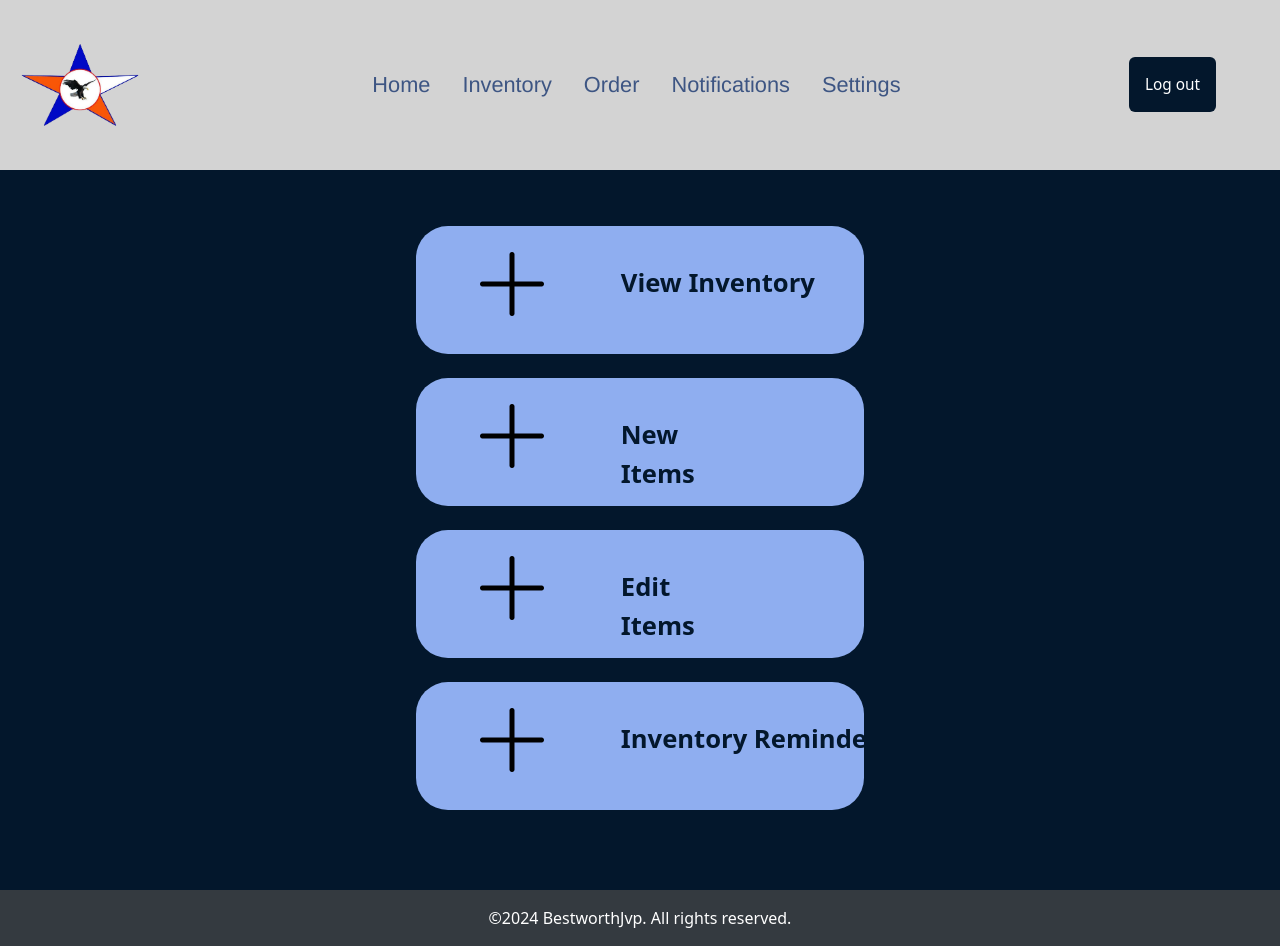
Repository: OVictor21/inventory
Page: /Monitor
The author's editor kept a copy of each file at every save. The page is drawn from the files as they stood at one save, then again after a run of saves.
The browser window is 1280 px wide. The pictures show the whole page.
The project was rebuilt for these pictures with package versions that can differ from the ones it lists, and the page was loaded fresh each time. Also part of the build but not shown: src/components/login.jsx, src/components/signup.jsx, src/components/reset1.jsx, src/components/reset2.jsx, src/pages/Admin.jsx, src/pages/setting.jsx, src/pages/editprofile.jsx, src/pages/inventory.jsx.

Above is the page before, as saved 2024-12-16 23:03:42.

### src/index.css

.logo {
  background-size: cover;
  background-repeat: no-repeat;
  background-position: center;
  height: auto;
  width:9rem ;
}

.sign-in{
  width: 40vw;
  height: 65vw;
  left: 45vw;
  top: -10vw;
  overflow: hidden;
}

.login {
  display: flex;
  flex-direction: column;
  min-height: 100vh;
  overflow: hidden;

}

.nav-body {
  flex-grow: 1;
  background-color: #D3D3D3;
  width: 35vw;
  height: 65vw;
}

.text{
  top: 5vw;
  left: 6vw;
  background: linear-gradient(180deg, rgb(51, 85, 136) 13.5%, rgb(206, 208, 214) 100%);
  -webkit-background-clip: text !important;
  background-clip: text;
  -webkit-text-fill-color: transparent;
  text-fill-color: transparent;
  font-family: "Montserrat-Bold", Helvetica;
  font-weight: 700;
  color: transparent;
  font-size: 4vw;
  letter-spacing: 0;
  line-height: normal;
}



.text-wrapper-8 {
  background: linear-gradient(180deg, rgb(51, 85, 136) 13.5%, rgb(206, 208, 214) 100%);
  -webkit-background-clip: text !important;
  background-clip: text;
  -webkit-text-fill-color: transparent;
  text-fill-color: transparent;
  font-family: "Montserrat-Bold", Helvetica;
  font-weight: 600;
  color: transparent;
  font-size: 2vw;
  letter-spacing: 0;
  line-height: normal;
  top: 13vw;
  left: 6vw;
}

.email-text{
  font-size: 1.2vw;

}

.email{
  top: 17vw;
  left: 6vw;
}

.email-in{
  top: 23vw;
  left: 6vw;
  width: 80%;
  max-width: 80%;
  height: 5%;
}

.pass{
  top: 27vw;
  left: 6vw;
}

.pass-in{
  top: 33vw;
  left: 6vw;
  width: 80%;
  max-width: 80%;
  height: 5%;

}

.text-wrapper-7{
  font-family: "Montserrat-Regular", Helvetica;
  font-weight: 400;
  color: #00000061;
  font-size: 1.3vw;
  letter-spacing: 0;
  line-height: normal;
  top: 30vw;
  text-decoration: none;
  right: 2vw;
}



.sign-btn{
  background: linear-gradient(180deg, rgb(51, 85, 136) 93.5%, rgb(206, 208, 214) 97%);
  font-family: "Montserrat-Bold", Helvetica;
  font-weight: 700;
  font-size: 1.5rem;
  letter-spacing: 0;
  line-height: normal;
  width: 80%;
  height: 3rem;
  top: 42vw;
  left: 6vw;
  /* box-shadow: 0px 22px 75px #00000040; */
}


.acct{
  font-family: "Montserrat-Regular", Helvetica;
  font-weight: 700;
  color: #000000;
  font-size: 1.5vw;
  letter-spacing: 0;
  line-height: normal;
  top: 52vw;
  left: 6vw;
}

.acct-1{
  font-family: "Montserrat-Bold", Helvetica;
  font-weight: 700;
  color: rgb(51, 85, 136);
  font-size: 1.5vw;
  text-decoration: none;
  letter-spacing: 0;
  line-height: normal;
  top: 52vw;
  right: 3vw;
}



.pass-text{
font-size: 1.2vw;
}
.footer-body {
  background-color: #343a40; /* Example background color */
  text-align: center;
  padding: 1rem 0;
  margin-top: auto; /* Pushes the footer to the bottom */
}



.side{
  background-color: #D3D3D3;
}
.footers{
  top: 99vh;
  right: 0vw;
  background-color: #343a40;
}

.signuptext{
  top: 5vw;
  left: 6vw;
  background: linear-gradient(180deg, rgb(51, 85, 136) 13.5%, rgb(206, 208, 214) 100%);
  -webkit-background-clip: text !important;
  background-clip: text;
  -webkit-text-fill-color: transparent;
  text-fill-color: transparent;
  font-family: "Montserrat-Bold", Helvetica;
  font-weight: 700;
  color: transparent;
  font-size: 3vw;
  letter-spacing: 0;
  line-height: normal;
}

.nav{
  background-color: #D3D3D3;
}

.logo{
  width: 10vw;
  height: 7vw;
}

nav {
  background-color: #D3D3D3;

}


.navbar-brand img {
  max-width: 10vw;
  min-width: 5vw;
}

.navv{
  color: white;
}

.nav-text-current {
  font-family: "Montserrat", Helvetica;
  font-weight: 700;
  color: #ffffff;
  font-size: 1.5vw;
}

.nav-text {
  font-family: "Montserrat", Helvetica;
  font-weight: 700;
  color: #ffffff;
  font-size: 2.5vw;

}

.nav-link.nav-text {
  font-family: "Montserrat", Helvetica;
  font-weight: 400;
  color: #3d5583 !important;
  font-size: 1.7vw;
}

.navbar-nav .nav-link.nav-text:hover {
  color: rgb(143, 174, 240) !important;
}

.logout{
  background-color: #03172c !important;
}

.logout:hover {
  color: rgb(143, 174, 240) !important;
}

.nav-link.nav-text-2{
  color: white;
  font-size: 1.2vw;
}

.nav-link.nav-text-2:hover{
  color: rgb(143, 174, 240) !important;
}

.admin-body{
  background-color: #03172c;
}

.inventory{
  width: 35vw;
  height: 10vw;
  background-color:rgb(143, 174, 240) ;
  overflow: hidden;
}

.inventory-logo{
  width: 5vw;
  height: 3vw;
}

.admin-text{
  font-size: 2vw;
  font-weight: 600;
  color: #03172c ;
  left: 16vw;
  top:3vw;
}

.admin-footer {
  background-color: #343a40; /* Example background color */
  text-align: center;
  padding: 1rem 0;
  margin-top: auto; /* Pushes the footer to the bottom */
}

.admin-logo{
  left: 5vw;
  top:2vw;
}
.setting-body{
  background-color: #03172c;
}
.setting{
  width: 30vw;
  height: 38vw;
  background-color:rgb(143, 174, 240) ;
  overflow: hidden;
  left: 36vw;
  top: 10vw;
}

.user-logo{
  width: 3vw;
  height: 3vw;
}

.profile-logo{
  left: 3vw;
  top:4vw;
}

.user-text{
  font-size: 2vw;
  font-weight: 600;
  color: #03172c ;
  left: 8vw;
  top:4vw;
}

.security-text{
  font-size: 2vw;
  font-weight: 600;
  color: #03172c ;
  left: 8vw;
  top:8vw;
}

.notify-text{
  font-size: 2vw;
  font-weight: 600;
  color: #03172c ;
  left: 8vw;
  top:12vw;
}

.help-text{
  font-size: 2vw;
  font-weight: 600;
  color: #03172c ;
  left: 8vw;
  top:16vw;
}

.acc-text{
  font-size: 2vw;
  font-weight: 600;
  color: #03172c ;
  left: 8vw;
  top:20vw;
}

.logout-text{
  font-size: 2vw;
  font-weight: 600;
  color: #03172c ;
  left: 8vw;
  top:24vw;
}

.logout-text:hover{
  color: rgb(46, 105, 231) !important;
}

.acc-text:hover{
  color: rgb(46, 105, 231) !important;
}

.help-text:hover{
  color: rgb(46, 105, 231) !important;
}

.notify-text:hover{
  color: rgb(46, 105, 231) !important;
}

.security-text:hover{
  color: rgb(46, 105, 231) !important;
}

.user-text:hover{
  color: rgb(46, 105, 231) !important;
}

.security-logo{
  left: 3vw;
  top:8vw;
}

.notify-logo{
  left: 3vw;
  top:12vw;
}

.help-logo{
  left: 3vw;
  top:16vw;
}

.acc-logo{
  left: 3vw;
  top:20vw;
}

.logout-logo{
  left: 3vw;
  top:24vw;
}

.setting-text{
  font-size: 3vw;
  font-weight: 600;
}

### src/App.js
// import Navbar from './components/navbar';
import 'bootstrap/dist/css/bootstrap.min.css';
import { BrowserRouter as Router, Route, Routes } from "react-router-dom";
// import Home from "./components/home";
import Login from "./components/login";
import Signup from './components/signup';
import Reset1 from './components/reset1';
import Reset2 from './components/reset2';
import Admin from './pages/Admin';
import Setting from './pages/setting';
import Editprofile from './pages/editprofile';
import Inventory from './pages/inventory';
import Monitor from './pages/monitor';



function App() {
  return (
    <div className="App">
      <Router>
      <Routes>
        <Route path="/Login" element={<Login />} />
        <Route path="/Signup" element={<Signup/>} />
        <Route path='/Reset1' element={<Reset1/>} />
        <Route path='/Reset2' element={<Reset2 />} />
        <Route path='/Admin' element={<Admin/>} />
        <Route path='/Setting' element={<Setting/>}/>
        <Route path='/Editprofile' element={<Editprofile/>}/>
        <Route path='/Inventory' element={<Inventory/>} />
        <Route path='/Monitor' element={<Monitor/>} />

      </Routes>
    </Router>
    </div>
  );
}

export default App;

### src/pages/monitor.jsx
import Navbar from "../components/navbar"

const Monitor = () => {
  return (
    <div>
      <Navbar />
      <div className="admin-body min-vh-100 d-flex flex-column justify-content-center align-items-center ">
        <div className="inventory justify-content-center rounded-5 mb-4">
          <div className="inventory-logo position-relative ">
            <img className="d-block w-100 position-absolute admin-logo" src="/plus.png" alt="Logo" />
            <a href="/Inventory " className="admin-text  position-absolute text-decoration-none text-nowrap">View Inventory</a>
          </div>
        </div>


        <div className="inventory justify-content-center rounded-5 mb-4">
          <div className="inventory-logo position-relative">
            <img className="d-block w-100 position-absolute admin-logo" src="/plus.png" alt="Logo" />
            <a href="/Order " className="admin-text  position-absolute text-decoration-none v">New Items</a>
          </div>
        </div>

        <div className="inventory justify-content-center rounded-5 mb-4">
          <div className="inventory-logo position-relative">
            <img className="d-block w-100 position-absolute admin-logo" src="/plus.png" alt="Logo" />
            <a href="/Notification " className="admin-text  position-absolute text-decoration-none">Edit Items</a>
          </div>
        </div>

        <div className="inventory justify-content-center rounded-5 mb-4">
          <div className="inventory-logo position-relative">
            <img className="d-block w-100 position-absolute admin-logo" src="/plus.png" alt="Logo" />
            <a href="/Adduser " className="admin-text  position-absolute text-decoration-none text-nowrap">Inventory Reminder</a>
          </div>
        </div>
      </div>

      <footer className="mt-auto text-center py-3 w-100 position-absolute admin-footer text-white ">
            <p className="mb-0">&copy;2024 BestworthJvp. All rights reserved.</p>

          </footer>
    </div>
  )
}

export default Monitor;

### src/components/navbar.jsx
import 'bootstrap/dist/js/bootstrap.bundle.min';

const Navbar = () => {
  return (
    <nav className="navbar navbar-expand-md justify-content-center p-3 z-1">

    <a className="navbar-brand d-flex me-auto" href="all">
        <img class="block w-100" src="/logo.png" alt="Logo"/>
    </a>
   <button class="navbar-toggler ms-auto" type="button" data-bs-toggle="collapse"
                data-bs-target="#collapseNavbar">
                <span class="navbar-toggler-icon"></span>
            </button>
    <div className="navbar-collapse collapse" id="collapseNavbar">

        <ul className="navbar-nav justify-content-center w-100">
            <li class="nav-item m-2 ">
                <a className="nav-link nav-text" href="/Home">Home</a>
            </li>

            <li className="nav-item m-2">
                <a className="nav-link nav-text" href="/Iventory">Inventory</a>
            </li>
            <li className="nav-item m-2">
                <a className="nav-link nav-text" href="/Order">Order</a>
            </li>
            <li className="nav-item m-2">
                <a className="nav-link nav-text" href="/Notifications">Notifications</a>
            </li>
            <li className="nav-item m-2">
                <a className="nav-link nav-text" href="/Setting">Settings</a>
            </li>

        </ul>

        <ul className="navbar-nav ms-auto justify-content-end mx-5">
                    <li className="nav-item logout p-2 rounded-2">
                        <a className="nav-link nav-text-2 text-nowrap" href="/Sign in/index.html">Log out</a>
                    </li>
                </ul>
    </div>
</nav>
  )
}

export default Navbar;


<script src="https://cdn.jsdelivr.net/npm/bootstrap@5.3.0/dist/js/bootstrap.bundle.min.js"></script>

Loaded but not shown: public/index.html (common file); src/index.js (common file); src/reportWebVitals.js (common file)

After the next 2 saves:
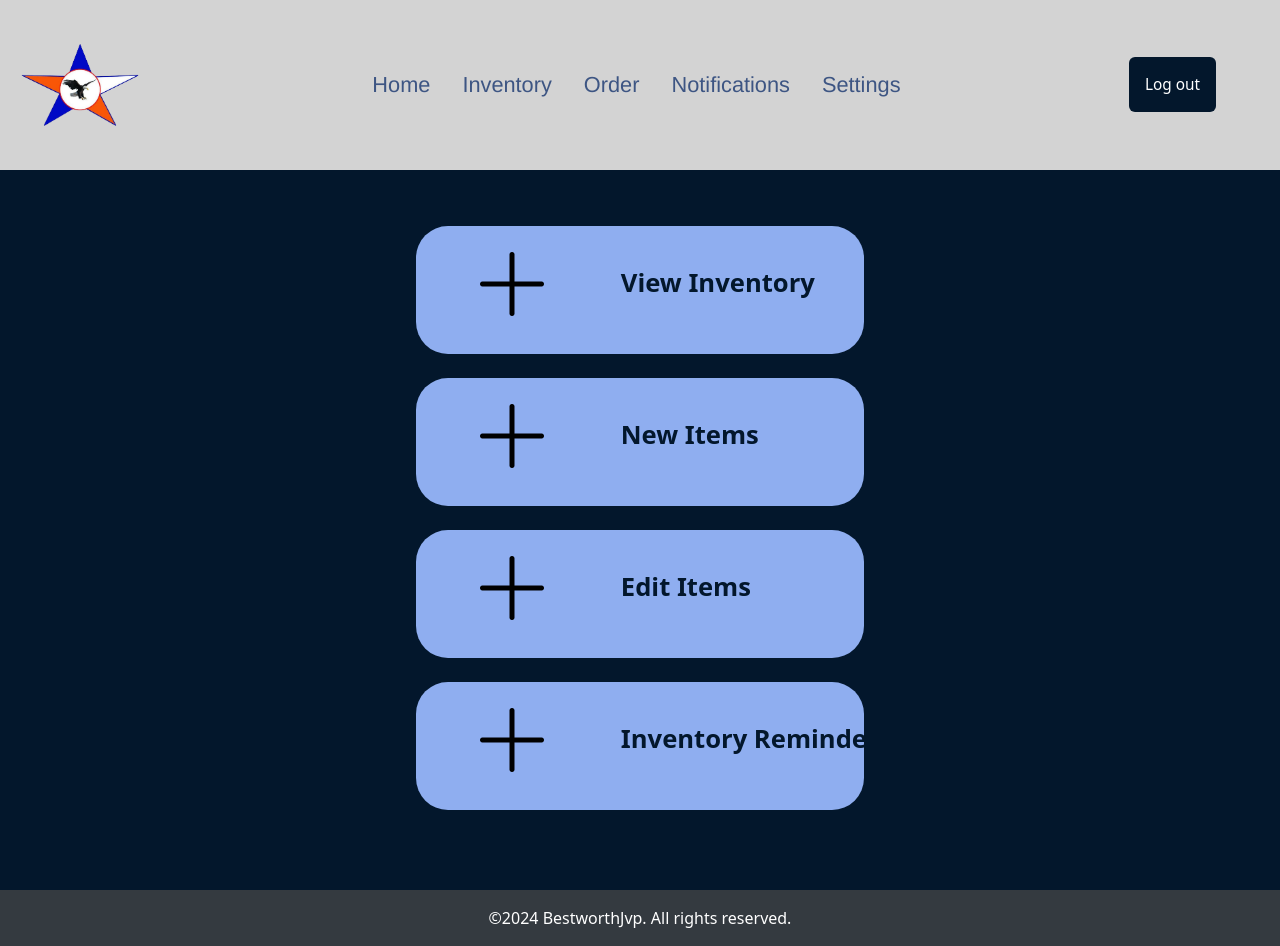
The 2 saves are shown as one change because they came seconds apart.
The last was saved 7 s later.
--- a/src/pages/monitor.jsx
+++ b/src/pages/monitor.jsx
@@ -16,14 +16,14 @@ const Monitor = () => {
         <div className="inventory justify-content-center rounded-5 mb-4">
           <div className="inventory-logo position-relative">
             <img className="d-block w-100 position-absolute admin-logo" src="/plus.png" alt="Logo" />
-            <a href="/Order " className="admin-text  position-absolute text-decoration-none v">New Items</a>
+            <a href="/Order " className="admin-text  position-absolute text-decoration-none text-nowrap">New Items</a>
           </div>
         </div>
 
         <div className="inventory justify-content-center rounded-5 mb-4">
           <div className="inventory-logo position-relative">
             <img className="d-block w-100 position-absolute admin-logo" src="/plus.png" alt="Logo" />
-            <a href="/Notification " className="admin-text  position-absolute text-decoration-none">Edit Items</a>
+            <a href="/Notification " className="admin-text  position-absolute text-decoration-none text-nowrap">Edit Items</a>
           </div>
         </div>
 
